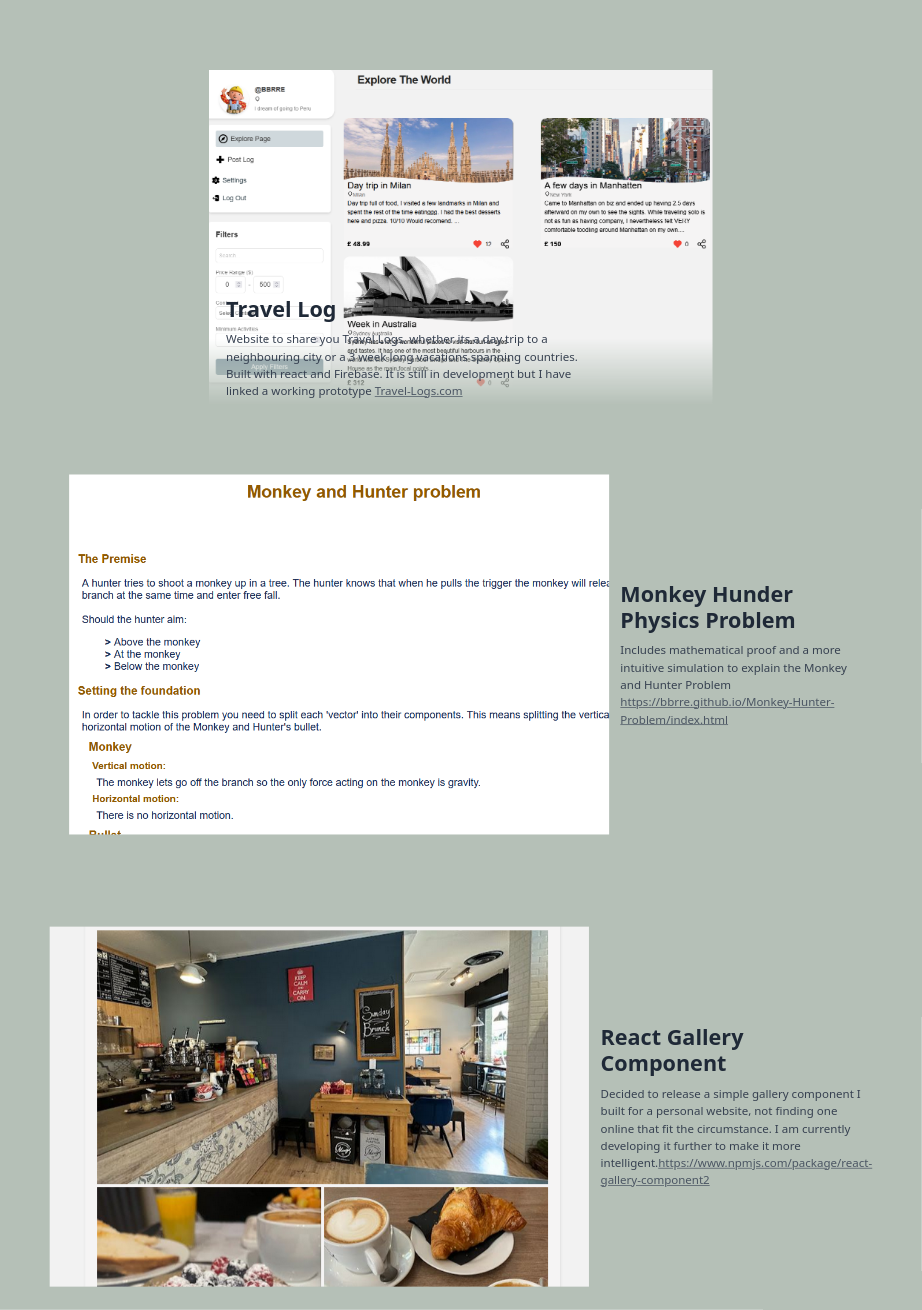
Repository: BBRRE/Portfolio-V2
Page: /#/Computer-Sci
The author's editor kept a copy of each file at every save. The page is drawn from the files as they stood at one save, then again after the next save.
The browser window is 1280 px wide. The pictures show the whole page, at 72% of full size.
Some web fonts or font styles are not loaded; a fallback is used. The project was rebuilt for these pictures with package versions that can differ from the ones it lists, and the page was loaded fresh each time. Also part of the build but not shown: vite.config.js, src/Subjects/Archi.jsx, src/Subjects/EEng.jsx, src/Subjects/Other.jsx, src/Projects Overview.jsx, src/HomePage.jsx, src/ErrorBoundary.jsx.

Above is the page before, as saved 2024-11-29 09:12:43.

### index.html
<!doctype html>
<html lang="en">
  <head>
    <meta charset="UTF-8" />
    <link rel="icon" type="image/svg+xml" href="src\assets\letter-bb.svg" />
    <link href="https://fonts.googleapis.com/css2?family=Inconsolata&family=Italiana&family=Hubballi&family=Julius+Sans+One&display=swap" rel="stylesheet">
    <link rel="preconnect" href="https://fonts.googleapis.com" />
<link rel="preconnect" href="https://fonts.gstatic.com" crossorigin />
<link
  rel="stylesheet"
  href="https://fonts.googleapis.com/css2?family=Roboto:wght@300;400;500;700&display=swap"
/>
<link
  rel="stylesheet"
  href="https://fonts.googleapis.com/icon?family=Material+Icons"
/>

    <meta name="viewport" content="width=device-width, initial-scale=1.0" />
    <title>Bilaal Bare</title>
  </head>
  <body>
    <div id="root"></div>
    <script type="module" src="/src/main.jsx"></script>
  </body>
</html>

### src/main.jsx
import React from 'react'
import ReactDOM from 'react-dom/client'
import App from './App'
import ErrorBoundary from './ErrorBoundary'
import './index.css'

ReactDOM.createRoot(document.getElementById('root')).render(
  <React.StrictMode>
    <ErrorBoundary>
      <App />
    </ErrorBoundary>
  </React.StrictMode>
)

### src/App.jsx
import { HashRouter as Router, Routes, Route } from 'react-router-dom';
import Archi from './Subjects/Archi.jsx'
import CompSci from './Subjects/CompSci.jsx'
import EEng from './Subjects/EEng.jsx'
import Other from './Subjects/Other.jsx'
import { HomePage } from './HomePage'
import { useState, useEffect } from 'react'

function App() {
  useEffect(() => {
    console.log('App component mounted')
  }, [])

  return (
    <Router>
        <Routes>
          <Route path="/" element={<HomePage />} />
          <Route path="/Architecture" element={<Archi />} />
          <Route path="/Electronic-Eng" element={<EEng />} />
          <Route path="/Computer-Sci" element={<CompSci />} />
          <Route path="/Other" element={<Other />} />
        </Routes>
    </Router>
  )
}

export default App

### src/index.css
@tailwind base;
@tailwind components;
@tailwind utilities;

@layer utilities {
  .bg-dot-pattern {
    background-image: radial-gradient(circle, rgba(0, 0, 0, 0.2) 1px, transparent 1px);
    background-size: 50px 50px; /* Adjust the spacing here */
  }
}

### src/Subjects/CompSci.jsx
import React from 'react'
import cs from '../assets/aaaa.png'
import ph from '../assets/Monkey.png'
import tr from '../assets/tra.png'

const CompSci = () => {
  return (
    <div className='bg-[#B5C0B7] w-full h-auto min-h-screen grid grid-cols-1'>
      <div className='relative mx-auto mt-24 w-[700px]'>
        <img src={cs} style={{WebkitMaskImage: 'linear-gradient(to top, transparent 0%, black 20%)'}} />
        <div className=" absolute bottom-2 left-2 flex flex-col ml-4 gap-3 justify-center">
          <h2 className=" text-left text-xl md:text-2xl lg:text-3xl font-semibold text-gray-800">
            Travel Log
          </h2>
        <p className="text-gray-700 text-sm md:text-base leading-relaxed max-w-[500px]">
          Website to share you Travel Logs, whether its a day trip to a neighbouring city or a 3 week long vacations spanning countries. Built with react
          and Firebase. It is still in development but I have linked a working prototype <a href="https://Travel-Logs.com/" className='underline text-gray-600'>Travel-Logs.com</a>
        </p>
        </div>
      </div>

      <div className='flex md:flex-row flex-col justify-center align-middle w-[85%] h-[500px] mx-auto mt-24 mb-8'>
        <img src={ph} />
        <div className="flex flex-col ml-4 gap-3 justify-center">
          <h2 className=" text-left text-xl md:text-2xl lg:text-3xl font-semibold text-gray-800">
            Monkey Hunder Physics Problem
          </h2>
        <p className="text-gray-700 text-sm md:text-base leading-relaxed max-w-[400px]">
        Includes mathematical proof and a more intuitive simulation to explain the Monkey and Hunter Problem  <a href="https://bbrre.github.io/Monkey-Hunter-Problem/index.html" className='underline text-gray-600'>https://bbrre.github.io/Monkey-Hunter-Problem/index.html</a>
        </p>
        </div>
      </div>

      <div className='flex md:flex-row flex-col justify-center align-middle w-[85%] h-[500px] mx-auto mt-24 mb-8'>
        <img src={tr} />
        <div className="flex flex-col ml-4 gap-3 justify-center">
          <h2 className=" text-left text-xl md:text-2xl lg:text-3xl font-semibold text-gray-800">
            React Gallery Component
          </h2>
        <p className="text-gray-700 text-sm md:text-base leading-relaxed max-w-[400px]">
        Decided to release a simple gallery component I built for a personal website, not finding one online that fit the circumstance. I am currently developing it further to make it more intelligent.<a href="https://www.npmjs.com/package/react-gallery-component2" className='underline text-gray-600'>https://www.npmjs.com/package/react-gallery-component2</a>
        </p>
        </div>
      </div>

    </div>
  )
}

export default CompSci

### tailwind.config.js
/** @type {import('tailwindcss').Config} */
export default {
    darkMode: ["class"],
    content: ["index.css",
  "./src/**/*.{js,ts,jsx,tsx}",],
  theme: {
  	extend: {
  		backgroundImage: {
  			noise: "url('/src/assets/nnnoise.svg')",
  			undulate: "url('/src/assets/uuundulate.svg')"
  		},
  		fontFamily: {
  			inconsolata: ['Inconsolata', 'monospace'],
  			italiana: ['Italiana', 'serif'],
  			hubballi: ['Hubballi', 'cursive'],
  			julius: ['Julius Sans One"', 'sans-serif']
  		},
      keyframes: {
        fadeIn: {
          '0%': { opacity: '0' },
          '100%': { opacity: '1' },
        },
      }
  	}
  }
}

After the next save:
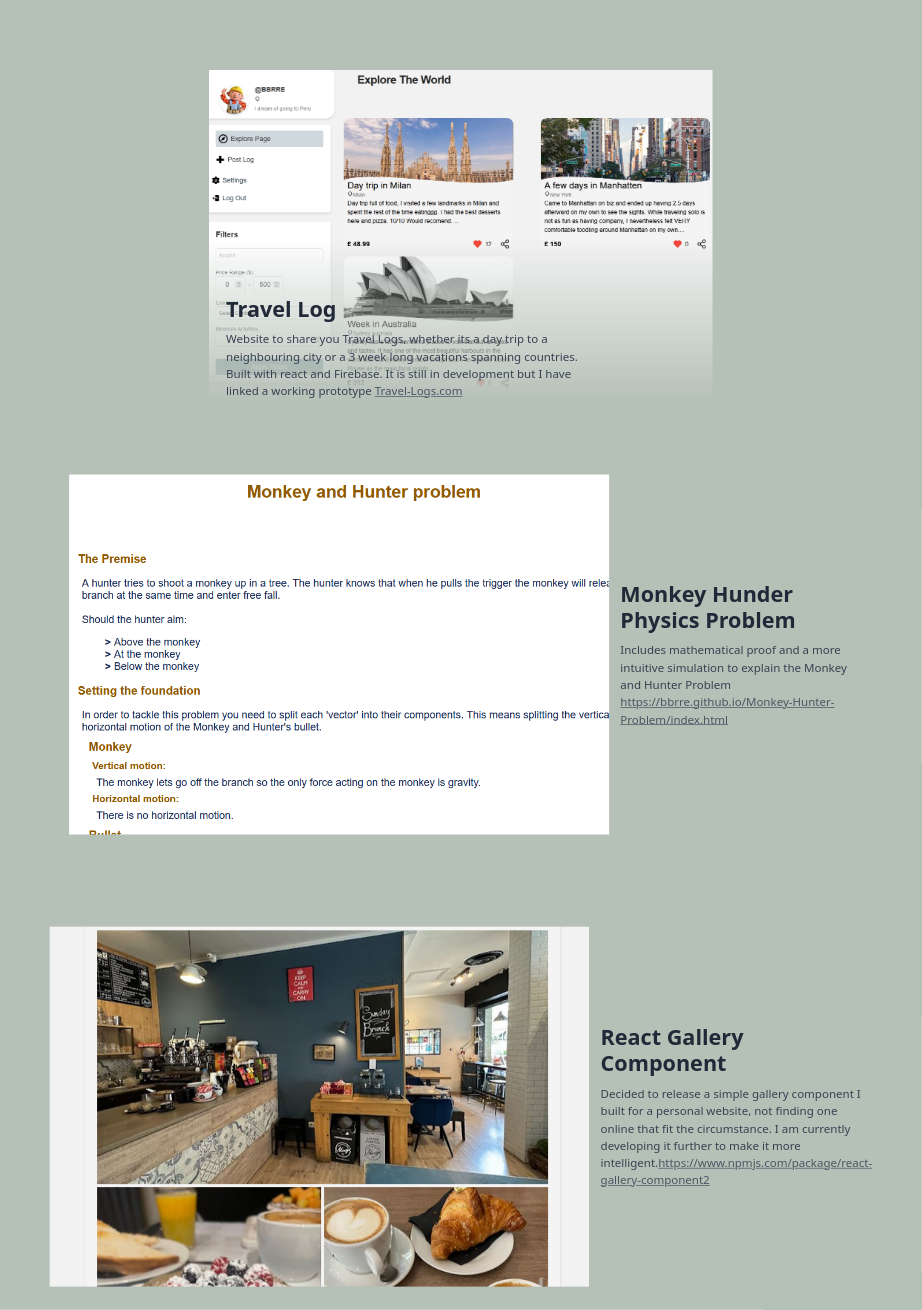
Saved 4 s later.
--- a/src/Subjects/CompSci.jsx
+++ b/src/Subjects/CompSci.jsx
@@ -7,7 +7,7 @@ const CompSci = () => {
   return (
     <div className='bg-[#B5C0B7] w-full h-auto min-h-screen grid grid-cols-1'>
       <div className='relative mx-auto mt-24 w-[700px]'>
-        <img src={cs} style={{WebkitMaskImage: 'linear-gradient(to top, transparent 0%, black 20%)'}} />
+        <img src={cs} style={{WebkitMaskImage: 'linear-gradient(to top, transparent 0%, black 50%)'}} />
         <div className=" absolute bottom-2 left-2 flex flex-col ml-4 gap-3 justify-center">
           <h2 className=" text-left text-xl md:text-2xl lg:text-3xl font-semibold text-gray-800">
             Travel Log
